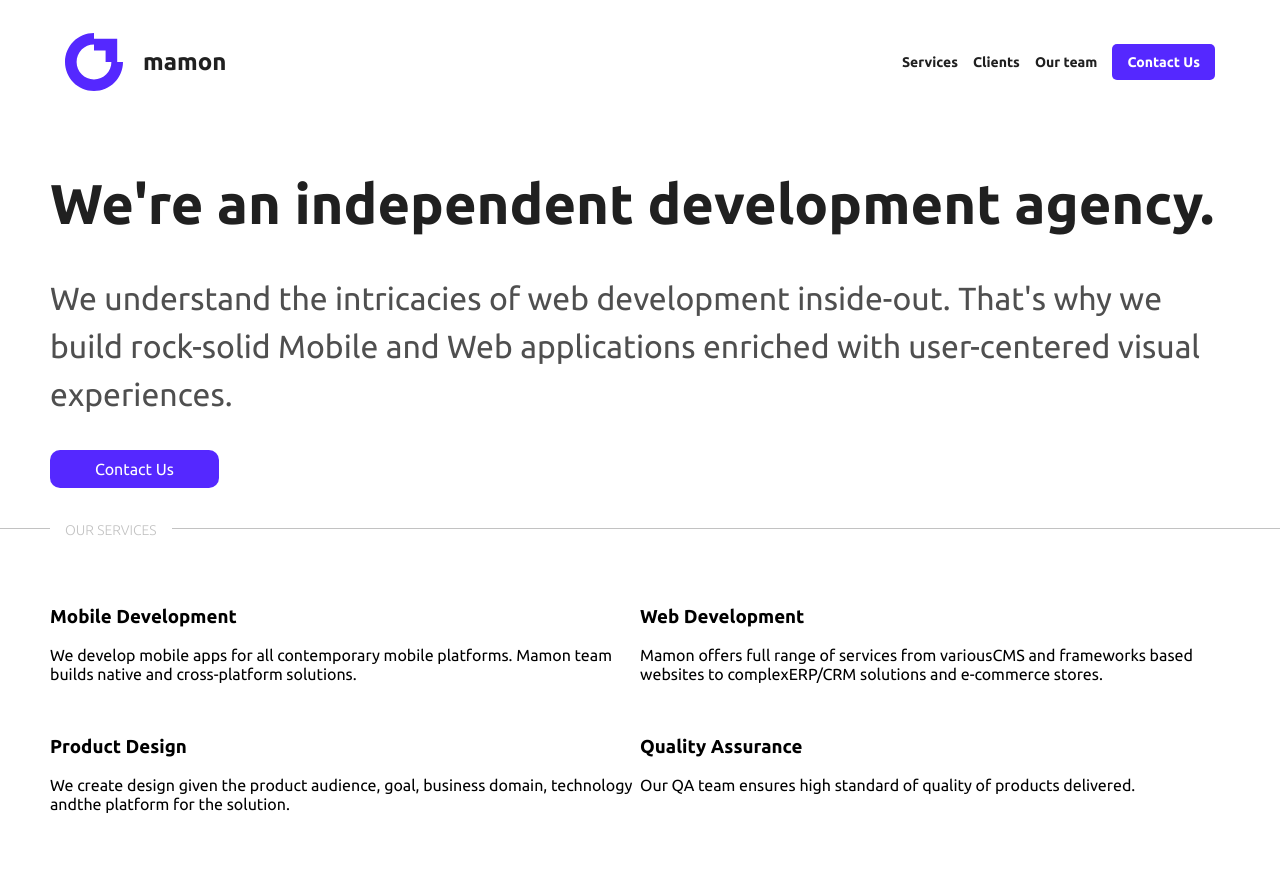
Repository: Vitalii23081984/testHGC
Page: index.html
An editor plug-in stored every save of this project. The page is shown before and after the next save, followed by the edit.
The browser window is 1280 px wide. The pictures show the whole page.

Above is the page before, as saved 2022-11-20 15:27:01.

### index.html
<!DOCTYPE html>
<html lang="en">
<head>
    <meta charset="UTF-8">
    <meta http-equiv="X-UA-Compatible" content="IE=edge">
    <meta name="viewport" content="width=device-width, initial-scale=1.0">
    <title>Mamon</title>
    <link href="https://fonts.googleapis.com/css2?family=Ubuntu:wght@300;400;700&display=swap" rel="stylesheet">
    <link rel="stylesheet" href="https://cdnjs.cloudflare.com/ajax/libs/normalize/8.0.1/normalize.css">
    <link rel="stylesheet" href="css/style.css">
</head>
<body>
    <header>
        <div class="header">
            <a href="" class="logo">
                <span class="logo_img"></span>
                <span class="logo_text">mamon</span></a>
            <nav>
                <ul class="nav">
                    <li><a href="">Services</a></li>
                    <li><a href="">Clients</a></li>
                    <li><a href="">Our team</a></li>
                    <li><button class="nav_btn" type="button">Contact Us</button></li>
                </ul>
            </nav>
        </div>

    </header>
    <div class="page">
        <div class="wrap">
            <h1 class="title-main">We're an independent development agency.</h1>
            <p class="text-main">We understand the intricacies of web development inside-out. That's why we build rock-solid Mobile and Web applications enriched with user-centered visual experiences.</p>
            <button type="button" class="button">Contact Us</button>
        </div>
    </div>
    <div class="page page-top">
        <div class="wrap">
            <h2>OUR SERVICES</h2>
            <div class="services">
                <div class="service-item">
                    <img src="" alt="">
                    <div>
                        <h3>Mobile Development</h3>
                        <p>We develop mobile apps for all contemporary mobile platforms. Mamon team builds native and cross-platform solutions.</p>
                    </div>
                </div>
                <div class="service-item">
                    <img src="" alt="">
                    <div>
                        <h3>Web Development</h3>
                        <p>Mamon offers full range of services from variousCMS and frameworks based websites to complexERP/CRM solutions and e-commerce stores.</p>
                    </div>
                </div>
                <div class="service-item">
                    <img src="" alt="">
                    <div>
                        <h3>Product Design</h3>
                        <p>We create design given the product audience, goal, business domain, technology andthe platform for the solution.</p>
                    </div>
                </div>
                <div class="service-item">
                    <img src="" alt="">
                    <div>
                        <h3>Quality Assurance</h3>
                        <p> Our QA team ensures high standard of quality of products delivered.</p>
                    </div>
                </div>

            </div>
        </div>

    </div>

</body>
</html>

### css/style.css
body {
    font-family: 'Ubuntu', sans-serif;

}
.header {
    width: 100%;
    max-width: 1180px;
    margin: 0 auto;
    padding-left: 15px;
    padding-right: 15px;
    padding-top: 30px;
    display: flex;
    justify-content: space-between;
    align-items: center;
    box-sizing: border-box;
    font-weight: 700;
}
.wrap {
    width: 100%;
    max-width: 1180px;
    margin: 0 auto;
    padding-left: 15px;
    padding-right: 15px;

}
.nav {
    list-style-type: none;
    display: flex;
    justify-content: flex-start;
    align-items: center;
    font-size: 14px;

}
.nav>li {
    margin-left: 15px;
}
.nav>li>a {
    text-decoration: none;
    color: #202020;
}
.nav_btn {
    background-color: #5528FF;
    border-radius: 5px;
    padding: 10px 15px;
    color: white;
    border: none;
    font-weight: 700;
}
.logo {
    display: flex;
    align-items: center;
    text-decoration: none;
}
.logo_img {
    display: block;
    width: 58px;
    height: 58px;
    background-image: url(../img/logo.svg);
    margin-right: 20px;
}
.logo_text {
    font-size: 24px;
    color: #202020;

}
.title-main {
   font-size: 56px;
   color: #202020;
   font-weight: 700;

}
.text-main {
    font-size: 32px;
    line-height: 1.5;
    color: #4F4F4F;


}
.button {
    background-color: #5528FF;
    border-radius: 10px;
    padding: 10px 45px;
    color: white;
    border: none;
    font-weight: 24px;
}
.page {
    padding-top: 40px;
    padding-bottom: 40px;
    position: relative;
}
.page-top {
    border-top: 1px solid #c2c2c2;
}
.page h2 {
    position: absolute;
    top: -24px;
    font-size: 14px;
    font-weight: 300;
    background-color: white;
    padding: 5px 15px;
    color: #c2c2c2;
}
.services {
    display: grid;
    grid-template: 50% 50% / 50% 50%;

}

After the next save:
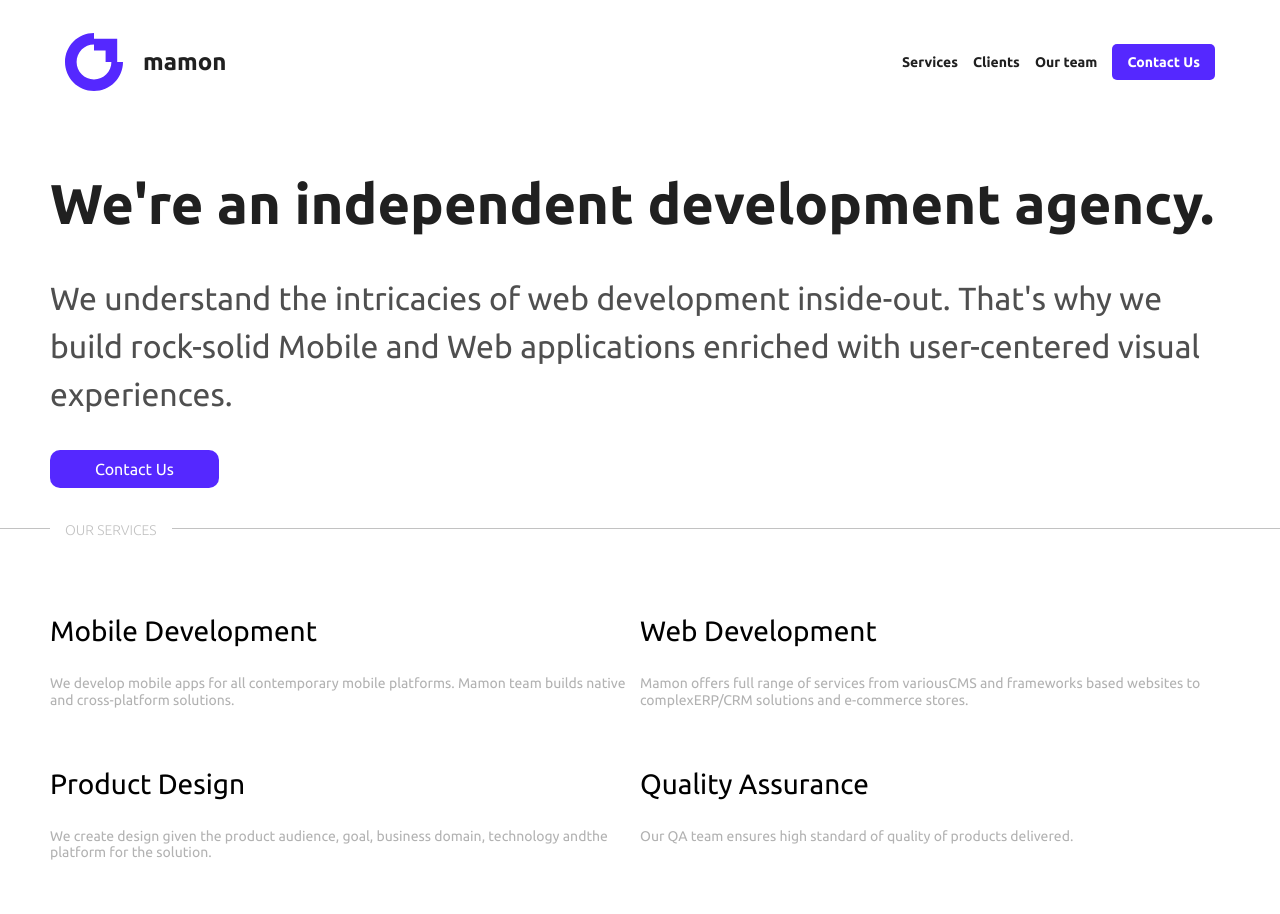
Saved 104 min 52 s later.
--- a/css/style.css
+++ b/css/style.css
@@ -106,3 +106,14 @@
     grid-template: 50% 50% / 50% 50%;
 
 }
+.services h3 {
+    font-size: 28px;
+    font-weight: 400;
+
+}
+.services p {
+    font-size: 14px;
+    color: #B2B2B2;
+
+
+}
